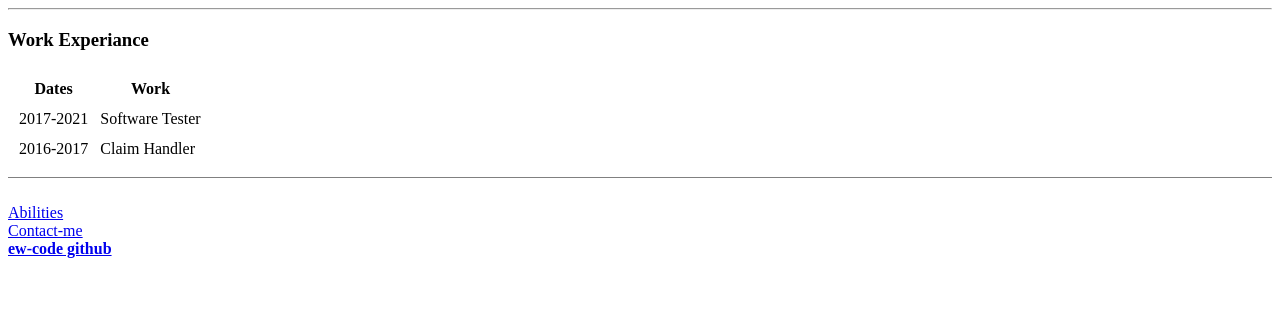
Repository: ew-code/Web-Development
Page: HTML - Personal Site/index copy.html
An editor plug-in stored every save of this project. The page is shown before and after the next save, followed by the edit.
The browser window is 1280 px wide. The pictures show the whole page.

Above is the page before, as saved 2021-01-05 18:11:49.

### HTML - Personal Site/index copy.html
<!DOCTYPE html>
<html lang="en" dir="ltr">

<head>
  <meta charset="utf-8"> <!-- dopracować meta description dla silników wyszukiwarek-->
  <title>Html challenge</title>
</head>

  <hr>

  <h3>Work Experiance</h3>
  <table cellspacing="10">
    <thead>
      <tr>
        <th>Dates</th>
        <th>Work</th>
      </tr>
    </thead>
    <tbody>
      <tr>
        <td>2017-2021</td>
        <td>Software Tester</td>
      </tr>
    </tbody>
    <tbody>
      <tr>
        <td>2016-2017</td>
        <td>Claim Handler</td>
      </tr>
    </tbody>
  </table>
  <hr size="1" noshade>
  <br>
  <a href="abilities.html">Abilities</a>
  <br>
  <a href="contact.html">Contact-me</a>
  <br>
  <strong><a href="https://github.com/ew-code">ew-code github</a></strong>
</body>

</html>

After the next save:
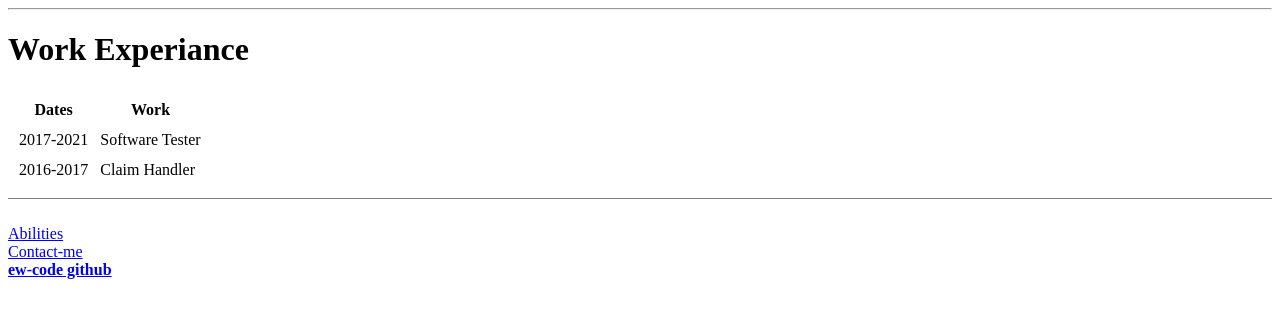
Saved 8 s later.
--- a/HTML - Personal Site/index copy.html
+++ b/HTML - Personal Site/index copy.html
@@ -8,7 +8,7 @@
 
   <hr>
 
-  <h3>Work Experiance</h3>
+  <h1>Work Experiance</h1>
   <table cellspacing="10">
     <thead>
       <tr>
